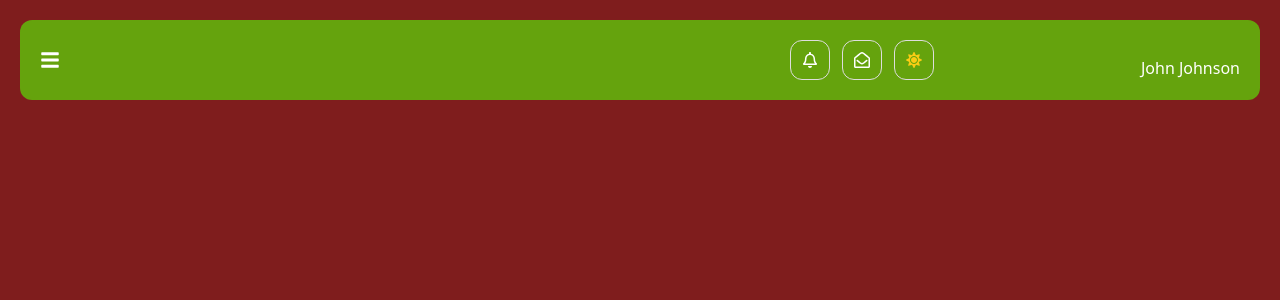
Repository: farrelmuhammad/redesign-bo
Page: /
An editor plug-in stored every save of this project. The page is shown before and after the next save, followed by the edit.
The browser window is 1280 px wide. The pictures show the whole page.
The project was rebuilt for these pictures with package versions that can differ from the ones it lists, and the page was loaded fresh each time. Also part of the build but not shown: src/App.css.

Above is the page before, as saved 2024-03-02 19:08:01.

After the next save:
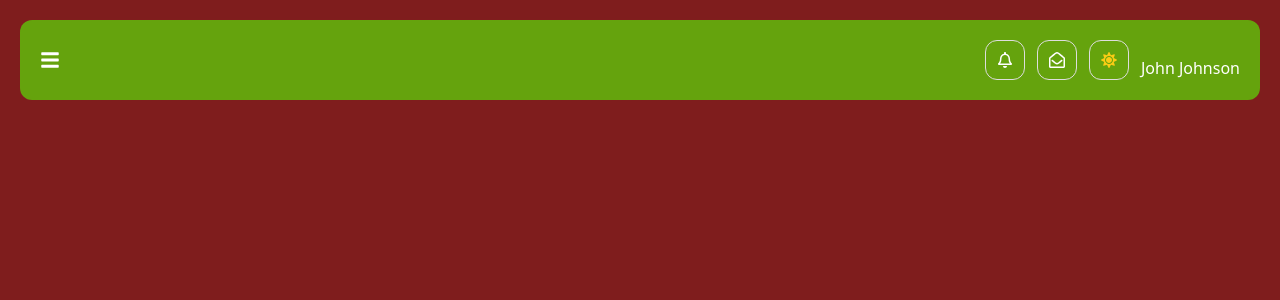
Saved 20 s later.
--- a/src/components/Navbar.tsx
+++ b/src/components/Navbar.tsx
@@ -10,23 +10,19 @@ const Navbar = () => {
                 </button>
             </div>
             <div className="flex flex-1 flex-row gap-3 justify-end items-end">
-                <div className="flex flex-1 flex-row gap-3 justify-end items-end">
-                    <button className='flex justify-center items-center h-10 w-10 rounded-xl border-[1px] border-[#DDDDDD]'>
-                        <FaRegBell />
-                    </button>
-                    <button className='flex justify-center items-center h-10 w-10 rounded-xl border-[1px] border-[#DDDDDD]'>
-                        <FaRegEnvelopeOpen />
-                    </button>
-                    <button className='flex justify-center items-center h-10 w-10 rounded-xl border-[1px] border-[#DDDDDD]'>
-                        <FaSun className='text-yellow-400' />
-                        {/* <FaMoon className='text-yellow-400' /> */}
-                    </button>
-                </div>
-                <div className="flex flex-1 flex-row gap-3 justify-end items-end">
-                    <button>
-                        John Johnson
-                    </button>
-                </div>
+                <button className='flex justify-center items-center h-10 w-10 rounded-xl border-[1px] border-[#DDDDDD]'>
+                    <FaRegBell />
+                </button>
+                <button className='flex justify-center items-center h-10 w-10 rounded-xl border-[1px] border-[#DDDDDD]'>
+                    <FaRegEnvelopeOpen />
+                </button>
+                <button className='flex justify-center items-center h-10 w-10 rounded-xl border-[1px] border-[#DDDDDD]'>
+                    <FaSun className='text-yellow-400' />
+                    {/* <FaMoon className='text-yellow-400' /> */}
+                </button>
+                <button>
+                    John Johnson
+                </button>
             </div>
         </nav>
     )
